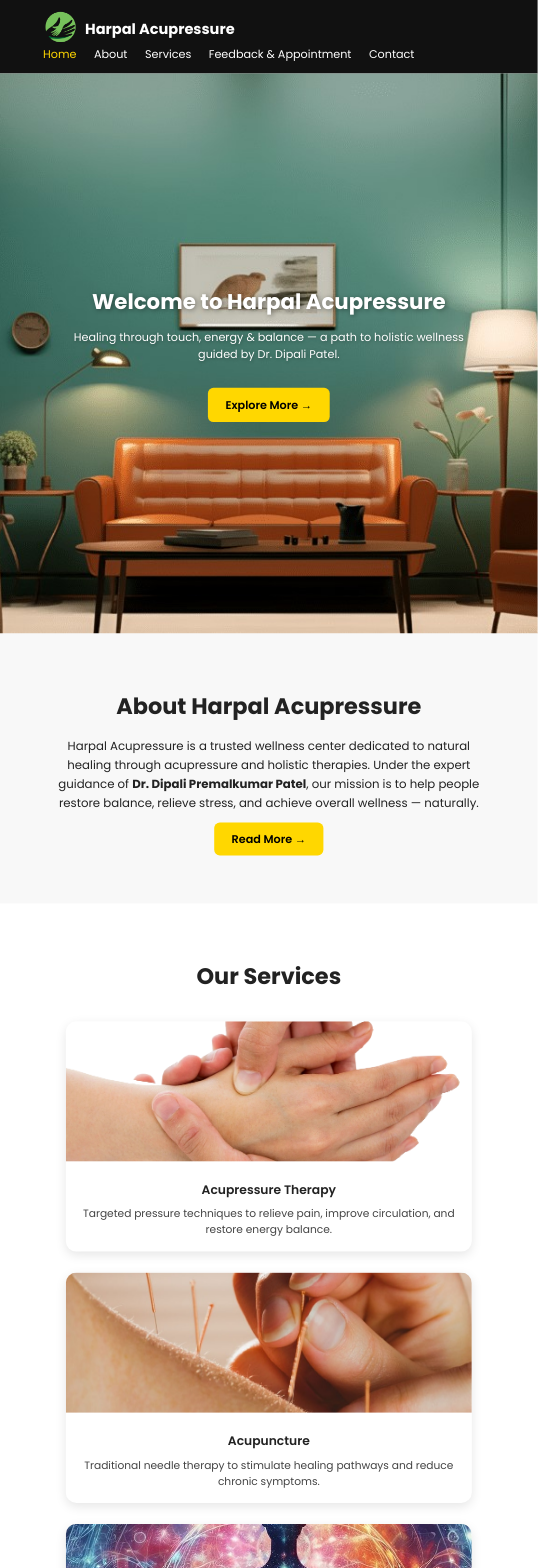
Repository: swasthiik/my-websites
Page: index.html
The author's editor kept a copy of each file at every save. The page is drawn from the files as they stood at one save, then again after the next save.
The browser window is 768 px wide. The pictures show the part of the page from y = 0 to 2240 px (the page is 6800 px tall before and 6960 px after), at 70% of full size.
Backgrounds fixed to the window are drawn as part of the page.

Above is the page before, as saved 2025-10-30 02:23:29.

### index.html
<!DOCTYPE html>
<html lang="en">
<head>
  <meta charset="UTF-8" />
  <meta name="viewport" content="width=device-width, initial-scale=1.0" />
  <title>Harpal Acupressure — Healing & Wellness</title>

  <!-- Fonts & Icon -->
  <link href="https://fonts.googleapis.com/css2?family=Poppins:wght@300;400;600;700&display=swap" rel="stylesheet">
  <link rel="icon" href="images/logo.jpg">
  <link rel="stylesheet" href="style.css">
</head>
<body>

<!-- ===== HEADER ===== -->
<header id="header">
  <div class="container">
    <div class="logo-area">
      <img src="images/logo.jpg" alt="Harpal Acupressure Logo" class="logo">
      <h1 class="site-title">Harpal Acupressure</h1>
    </div>

    <nav class="nav-menu">
      <ul>
        <li><a href="index.html" class="active">Home</a></li>
        <li><a href="about.html">About</a></li>
        <li><a href="#services">Services</a></li>
        <li><a href="#feedback-section">Feedback & Appointment</a></li>
        <li><a href="#contact">Contact</a></li>
      </ul>
    </nav>
  </div>
</header>

<!-- ===== HERO SECTION ===== -->
<section id="hero">
  <h1>Welcome to Harpal Acupressure</h1>
  <p>Healing through touch, energy & balance — a path to holistic wellness guided by Dr. Dipali Patel.</p>
  <a href="about.html" class="btn">Explore More →</a>
</section>

<!-- ===== ABOUT (HOME INTRO) ===== -->
<section id="about-home">
  <h2><strong>About Harpal Acupressure</strong></h2>
  <p>
    Harpal Acupressure is a trusted wellness center dedicated to natural healing through acupressure and holistic therapies.
    Under the expert guidance of <strong>Dr. Dipali Premalkumar Patel</strong>, our mission is to help people restore balance,
    relieve stress, and achieve overall wellness — naturally.
  </p>
  <a href="about.html" class="btn">Read More →</a>
</section>

<!-- ===== SERVICES ===== -->
<section id="services" aria-labelledby="services-title">
  <h2 id="services-title"><strong>Our Services</strong></h2>

  <div class="services-grid">
    <div class="service-card">
      <img src="images/service1.jpg" alt="Acupressure Therapy">
      <div class="svc-body">
        <div class="svc-title">Acupressure Therapy</div>
        <div class="svc-text">Targeted pressure techniques to relieve pain, improve circulation, and restore energy balance.</div>
      </div>
    </div>

    <div class="service-card">
      <img src="images/service2.jpg" alt="Acupuncture">
      <div class="svc-body">
        <div class="svc-title">Acupuncture</div>
        <div class="svc-text">Traditional needle therapy to stimulate healing pathways and reduce chronic symptoms.</div>
      </div>
    </div>

    <div class="service-card">
      <img src="images/service3.jpg" alt="Aura Cleansing">
      <div class="svc-body">
        <div class="svc-title">Aura Cleansing</div>
        <div class="svc-text">Gentle energetic clearing to remove negativity, calm the mind, and uplift emotions.</div>
      </div>
    </div>

    <div class="service-card">
      <img src="images/service4.jpg" alt="Cupping Therapy">
      <div class="svc-body">
        <div class="svc-title">Cupping Therapy</div>
        <div class="svc-text">Improves blood flow, reduces muscle tension, and supports detoxification.</div>
      </div>
    </div>

    <div class="service-card">
      <img src="images/service5.jpg" alt="Casa Therapy">
      <div class="svc-body">
        <div class="svc-title">Casa Therapy</div>
        <div class="svc-text">Holistic alignment focused on posture, balance, and natural healing responses.</div>
      </div>
    </div>

    <div class="service-card">
      <img src="images/service6.jpg" alt="Magnetic Therapy">
      <div class="svc-body">
        <div class="svc-title">Magnetic Therapy</div>
        <div class="svc-text">Non-invasive magnetic treatments to support circulation and relieve chronic discomfort.</div>
      </div>
    </div>

    <div class="service-card">
      <img src="images/service7.jpg" alt="Numerology Guidance">
      <div class="svc-body">
        <div class="svc-title">Numerology Guidance</div>
        <div class="svc-text">Numerology readings offering insight for life choices, timing, and growth.</div>
      </div>
    </div>

    <div class="service-card">
      <img src="images/service8.jpg" alt="Reiki Healing">
      <div class="svc-body">
        <div class="svc-title">Reiki Healing</div>
        <div class="svc-text">Energy healing sessions to reduce stress, restore calm, and accelerate recovery.</div>
      </div>
    </div>

    <div class="service-card">
      <img src="images/service9.jpg" alt="Sujok Therapy">
      <div class="svc-body">
        <div class="svc-title">Sujok Therapy</div>
        <div class="svc-text">Hand & foot mapping therapy to influence internal organs and promote natural healing.</div>
      </div>
    </div>

    <div class="service-card">
      <img src="images/service10.jpg" alt="Vastu Consultation">
      <div class="svc-body">
        <div class="svc-title">Vastu Consultation</div>
        <div class="svc-text">Practical Vastu suggestions to harmonize your home or workplace for better wellbeing.</div>
      </div>
    </div>
  </div>
</section>

<!-- ===== FEEDBACK & APPOINTMENT SECTION ===== -->
<section id="feedback-section">
  <div class="feedback-container">
    <div class="feedback-card">
      <h2>Book an Appointment</h2>
      <p>Want to experience healing through acupressure therapy?<br>
      Click below to book your appointment with <strong>Dr. Dipali Premalkumar Patel</strong>.</p>

      <a class="btn-gold" href="https://wa.me/919824251134?text=Hi%20I%20would%20like%20to%20book%20an%20appointment%20for%20acupressure%20therapy." target="_blank">
        📅 Book on WhatsApp
      </a>
    </div>

    <div class="feedback-card">
      <h2>Share Your Feedback</h2>
      <p>We truly value your experience at Harpal Acupressure.<br>
         Please take a moment to share your feedback on Google — it helps us grow and serve you better!</p>

      <a class="btn-gold" href="https://g.page/r/CbEgZt1B6lmDEB0/review" target="_blank">
        ⭐ Leave Feedback on Google
      </a>
    </div>
  </div>
</section>

<!-- ===== CONTACT ===== -->
<section id="contact">
  <div class="inner">
    <div class="contact-left">
      <h3>Connect on Social</h3>
      <div class="social-btns">
        <a href="https://www.instagram.com/harpal_acupressure/?igsh=eTE0cXRwMDBiOHk0" target="_blank">
          <img src="images/instagram.png" alt="Instagram">
        </a>
        <a href="https://m.facebook.com/share/1GioYfoyAg/?wtsid=rdr_0amyqscvfVj53aAWz" target="_blank">
          <img src="images/facebook.png" alt="Facebook">
        </a>
      </div>

      <p>Email:
        <a href="mailto:info@harpalaccupressure.com">info@harpalaccupressure.com</a>
      </p>

      <div class="btn-area">
        <a class="btn btn-call" href="tel:+9189980455518">📞 Call</a>
        <a class="btn btn-wa" href="https://wa.me/918866556830" target="_blank">💬 WhatsApp</a>
      </div>
    </div>

    <div class="contact-center">
      <h3>Visit Us</h3>
      <p><strong>DR. DIPALI PREMALKUMAR PATEL</strong><br>
      Marma Magnetic & Sujok Therapist</p>

      <p><strong>Clinic Address:</strong><br>
      Shop No. 3, Samanvay North Park,<br>
      Opp Darshanam King Square,<br>
      Ankodiya Road, Panchvati, Vadodara,<br>
      Ankodiya, Gujarat - 390016
      </p>

      <p><strong>Residence Address:</strong><br>
      B-203, Vishranti Apartment,<br>
      Near Vraj Hospital, Gotri Road,<br>
      Vadodara, Gujarat - 390021
      </p>

      <p><a href="https://maps.app.goo.gl/6wJNQphf7XSe5wKk8" target="_blank">📍 Open in Google Maps</a></p>
    </div>

    <div class="quick-links">
      <h4>Quick Links</h4>
      <a href="index.html">🏠 Home</a>
      <a href="about.html">ℹ️ About Us</a>
      <a href="#services">💆‍♀️ Services</a>
      <a href="#feedback-section">💬 Feedback</a>
      <a href="#contact">📞 Contact</a>
    </div>
  </div>

  <div class="final-line">
    A PLACE OF HEALING, RELAXATION, HOLISTIC WELLNESS, AND POSITIVE ENERGY — DEDICATED TO HEALTH, HAPPINESS, AND WELL-BEING.
  </div>
</section>

### style.css
/* RESET */
* {
  margin: 0;
  padding: 0;
  box-sizing: border-box;
}

body {
  font-family: 'Poppins', sans-serif;
  color: #222;
  background: #fff;
  scroll-behavior: smooth;
}

/* HEADER */
header {
  background: #111;
  color: #fff;
  padding: 15px 8%;
  display: flex;
  justify-content: space-between;
  align-items: center;
}

.logo-area {
  display: flex;
  align-items: center;
}

.logo {
  width: 50px;
  height: 50px;
  border-radius: 50%;
  margin-right: 10px;
}

.site-title {
  font-size: 1.3rem;
  font-weight: 700;
}

.nav-menu ul {
  list-style: none;
  display: flex;
  gap: 25px;
}

.nav-menu a {
  color: #fff;
  text-decoration: none;
  font-weight: 500;
}

.nav-menu a:hover,
.nav-menu a.active {
  color: #ffd700;
}

/* HERO SECTION */
#hero {
  background: url("images/background.jpg") center/cover no-repeat;
  color: #fff;
  text-align: center;
  height: 100vh; /* full page background */
  display: flex;
  flex-direction: column;
  justify-content: center;
  align-items: center;
  padding: 0 10%;
}

#hero h1 {
  font-size: 2.8rem;
  font-weight: 700;
  margin-bottom: 15px;
  text-shadow: 2px 2px 8px rgba(0,0,0,0.4);
}

#hero p {
  font-size: 1.2rem;
  margin-bottom: 35px;
  max-width: 700px;
  text-shadow: 1px 1px 5px rgba(0,0,0,0.3);
}

.btn {
  background: #ffd700;
  color: #000;
  padding: 12px 25px;
  border-radius: 8px;
  font-weight: 600;
  text-decoration: none;
  transition: 0.3s ease;
}

.btn:hover {
  background: #ffb700;
}

/* ABOUT SECTION */
#about-home {
  padding: 80px 10%;
  text-align: center;
  background: #f8f8f8;
}

#about-home h2 {
  font-size: 2rem;
  margin-bottom: 20px;
}

#about-home p {
  font-size: 1.05rem;
  margin-bottom: 25px;
  line-height: 1.6;
}

/* SERVICES */
#services {
  padding: 80px 8%;
  background: #fff;
  text-align: center;
}

#services h2 {
  font-size: 2rem;
  margin-bottom: 40px;
}

.services-grid {
  display: flex;
  flex-wrap: wrap;
  justify-content: center;
  gap: 30px;
}

.service-card {
  background: #fff;
  border-radius: 15px;
  box-shadow: 0 5px 15px rgba(0,0,0,0.1);
  overflow: hidden;
  width: 300px;
  transition: transform 0.3s ease;
}

.service-card:hover {
  transform: translateY(-5px);
}

.service-card img {
  width: 100%;
  height: 200px;
  object-fit: cover;
}

.svc-body {
  padding: 20px;
}

.svc-title {
  font-weight: 600;
  font-size: 1.1rem;
  margin-bottom: 10px;
}

.svc-text {
  font-size: 0.95rem;
  color: #444;
}

/* FEEDBACK SECTION */
#feedback-section {
  background: url("images/background4.jpg") center/cover no-repeat fixed;
  color: #fff;
  text-align: center;
  padding: 100px 8%;
}

.feedback-container {
  display: flex;
  flex-wrap: wrap;
  justify-content: center;
  gap: 40px;
}

.feedback-card {
  background: rgba(0,0,0,0.7);
  padding: 40px 30px;
  border-radius: 20px;
  width: 400px;
  box-shadow: 0 6px 20px rgba(0,0,0,0.5);
}

.feedback-card h2 {
  color: #ffd700;
  font-size: 1.8rem;
  margin-bottom: 15px;
}

.feedback-card p {
  color: #f1f1f1;
  line-height: 1.6;
  margin-bottom: 25px;
}

.btn-gold {
  background: #ffd700;
  color: #000;
  padding: 12px 25px;
  border-radius: 8px;
  font-weight: 600;
  text-decoration: none;
}

.btn-gold:hover {
  background: #ffb700;
}

/* CONTACT SECTION */
#contact {
  background: #f8f8f8;
  padding: 80px 8%;
}

.inner {
  display: flex;
  flex-wrap: wrap;
  justify-content: space-between;
  gap: 40px;
}

.contact-left,
.contact-center,
.quick-links {
  flex: 1;
  min-width: 250px;
}

.contact-left h3,
.contact-center h3,
.quick-links h4 {
  margin-bottom: 15px;
  color: #111;
}

.social-btns img {
  width: 35px;
  margin-right: 10px;
}

.contact-left a[href^="mailto"] {
  display: inline-block;
  margin-top: 10px;
  margin-bottom: 15px;
  color: #0073e6;
  text-decoration: none;
}

.contact-left a[href^="mailto"]:hover {
  text-decoration: underline;
}

.btn-call,
.btn-wa {
  margin-right: 10px;
}

/* FOOTER QUOTE SECTION */
.final-line {
  text-align: center;
  background: #111;
  color: #ccc;
  padding: 40px 10%;
  font-size: 0.9rem;
  letter-spacing: 0.5px;
  text-transform: uppercase;
}

footer {
  background: #000;
  color: #bbb;
  text-align: center;
  padding: 15px;
  font-size: 0.85rem;
}

/* RESPONSIVE DESIGN */
@media (max-width: 768px) {
  .services-grid,
  .feedback-container,
  .inner {
    flex-direction: column;
    align-items: center;
  }

  .service-card,
  .feedback-card {
    width: 90%;
  }

  #hero h1 {
    font-size: 1.9rem;
  }

  #hero p {
    font-size: 1rem;
  }
}

After the next save:
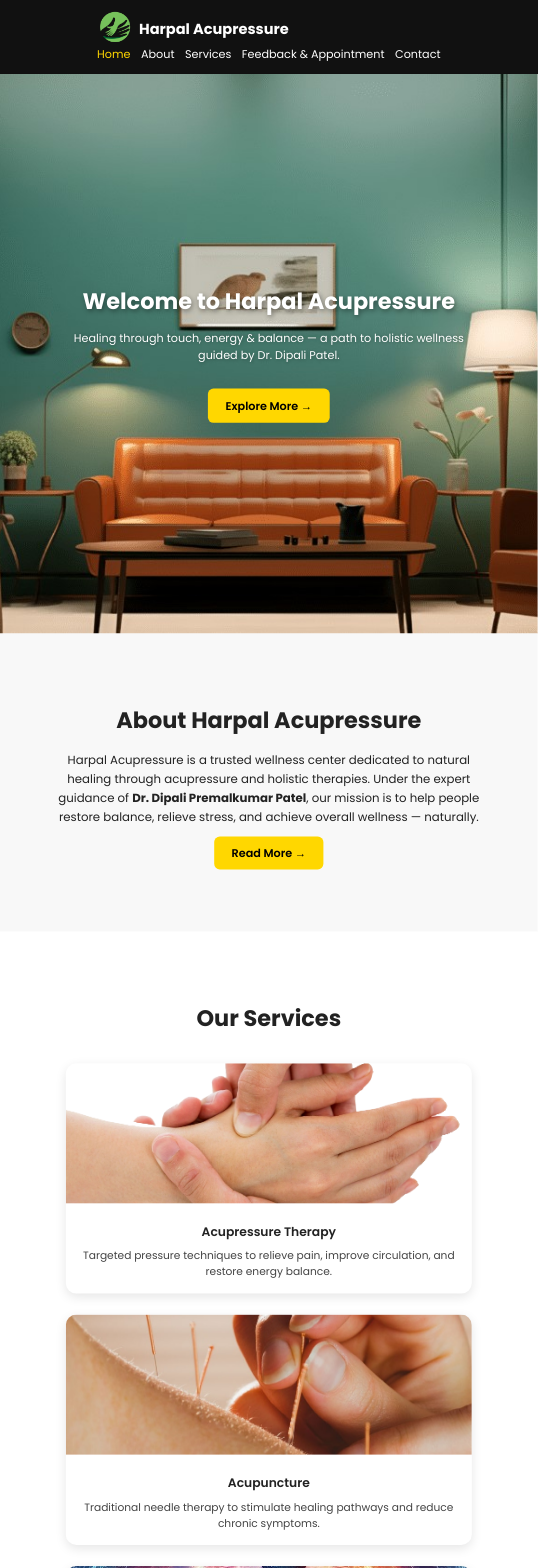
Saved 4 min 56 s later.
--- a/style.css
+++ b/style.css
@@ -5,11 +5,13 @@
   box-sizing: border-box;
 }
 
+/* BASE */
 body {
   font-family: 'Poppins', sans-serif;
   color: #222;
   background: #fff;
   scroll-behavior: smooth;
+  overflow-x: hidden;
 }
 
 /* HEADER */
@@ -20,6 +22,9 @@ header {
   display: flex;
   justify-content: space-between;
   align-items: center;
+  position: sticky;
+  top: 0;
+  z-index: 1000;
 }
 
 .logo-area {
@@ -58,29 +63,31 @@ header {
 
 /* HERO SECTION */
 #hero {
-  background: url("images/background.jpg") center/cover no-repeat;
+  background: url("images/background.jpg") center/cover no-repeat fixed;
   color: #fff;
   text-align: center;
-  height: 100vh; /* full page background */
+  min-height: 100vh; /* full background view height */
   display: flex;
   flex-direction: column;
   justify-content: center;
   align-items: center;
   padding: 0 10%;
+  background-attachment: fixed;
+  background-size: cover;
 }
 
 #hero h1 {
-  font-size: 2.8rem;
+  font-size: 3rem;
   font-weight: 700;
   margin-bottom: 15px;
-  text-shadow: 2px 2px 8px rgba(0,0,0,0.4);
+  text-shadow: 2px 2px 8px rgba(0, 0, 0, 0.4);
 }
 
 #hero p {
   font-size: 1.2rem;
   margin-bottom: 35px;
   max-width: 700px;
-  text-shadow: 1px 1px 5px rgba(0,0,0,0.3);
+  text-shadow: 1px 1px 5px rgba(0, 0, 0, 0.3);
 }
 
 .btn {
@@ -99,7 +106,7 @@ header {
 
 /* ABOUT SECTION */
 #about-home {
-  padding: 80px 10%;
+  padding: 100px 10%;
   text-align: center;
   background: #f8f8f8;
 }
@@ -117,7 +124,7 @@ header {
 
 /* SERVICES */
 #services {
-  padding: 80px 8%;
+  padding: 100px 8%;
   background: #fff;
   text-align: center;
 }
@@ -137,7 +144,7 @@ header {
 .service-card {
   background: #fff;
   border-radius: 15px;
-  box-shadow: 0 5px 15px rgba(0,0,0,0.1);
+  box-shadow: 0 5px 15px rgba(0, 0, 0, 0.1);
   overflow: hidden;
   width: 300px;
   transition: transform 0.3s ease;
@@ -173,7 +180,7 @@ header {
   background: url("images/background4.jpg") center/cover no-repeat fixed;
   color: #fff;
   text-align: center;
-  padding: 100px 8%;
+  padding: 120px 8%;
 }
 
 .feedback-container {
@@ -184,11 +191,11 @@ header {
 }
 
 .feedback-card {
-  background: rgba(0,0,0,0.7);
+  background: rgba(0, 0, 0, 0.7);
   padding: 40px 30px;
   border-radius: 20px;
   width: 400px;
-  box-shadow: 0 6px 20px rgba(0,0,0,0.5);
+  box-shadow: 0 6px 20px rgba(0, 0, 0, 0.5);
 }
 
 .feedback-card h2 {
@@ -219,7 +226,7 @@ header {
 /* CONTACT SECTION */
 #contact {
   background: #f8f8f8;
-  padding: 80px 8%;
+  padding: 100px 8%;
 }
 
 .inner {
@@ -265,7 +272,7 @@ header {
   margin-right: 10px;
 }
 
-/* FOOTER QUOTE SECTION */
+/* FINAL LINE */
 .final-line {
   text-align: center;
   background: #111;
@@ -284,7 +291,7 @@ footer {
   font-size: 0.85rem;
 }
 
-/* RESPONSIVE DESIGN */
+/* RESPONSIVE */
 @media (max-width: 768px) {
   .services-grid,
   .feedback-container,
@@ -299,10 +306,21 @@ footer {
   }
 
   #hero h1 {
-    font-size: 1.9rem;
+    font-size: 2rem;
   }
 
   #hero p {
     font-size: 1rem;
   }
-}
+
+  header {
+    flex-direction: column;
+    text-align: center;
+  }
+
+  .nav-menu ul {
+    flex-wrap: wrap;
+    justify-content: center;
+    gap: 15px;
+  }
+}
